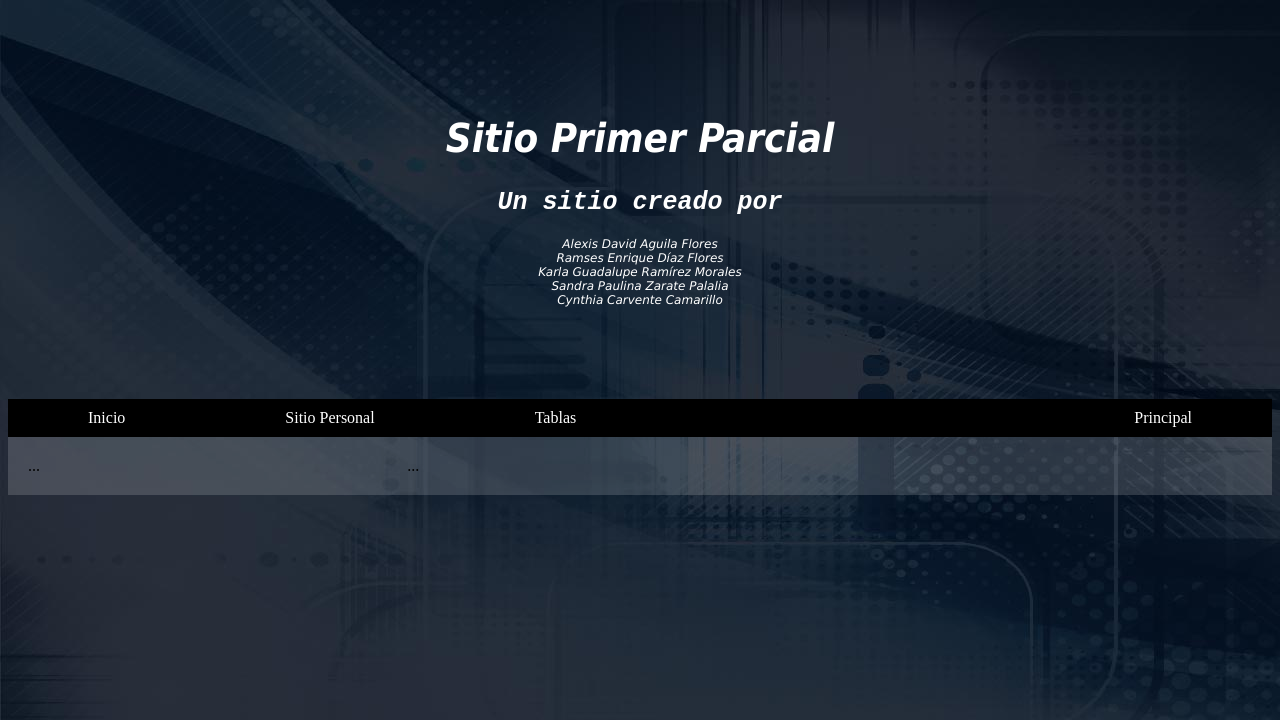
Repository: Dogueen/miniProyectoUniversidad
Page: miniProyecto/pages/personal.html
These files come from the project's save history. The page is drawn as it stood at one moment and after the next save; the edit follows.
The browser window is 1280 px wide. The pictures show the whole page.

Above is the page before, as saved 2023-10-27 19:34:42.

### miniProyecto/pages/personal.html
<!DOCTYPE html>
<html lang="es">

<head>
    <title>Ejemplo de un Website</title>
    <meta charset="UTF-8">
    <meta name="viewport" content="width=device-width, initial-scale=1">
    <link rel="stylesheet" type="text/css" href="../styles/personal.css" />

    <style>
    </style>
</head>

<body>

    <div class="header">
        <h1>Sitio Primer Parcial</h1>
        <h2> Un sitio creado por</h2>
        <dl>
            <dt>Alexis David Aguila Flores</dt>
            <dt>Ramses Enrique Díaz Flores</dt>
            <dt>Karla Guadalupe Ramírez Morales</dt>
            <dt>Sandra Paulina Zarate Palalia</dt>
            <dt>Cynthia Carvente Camarillo</dt>
        </dl>
    </div>

    <div class="navbar">
        <a href="inicio.html">Inicio</a>
        <a href="personal.html">Sitio Personal</a>
        <a href="tablas.html">Tablas</a>
        <a href="../principal.html" class="right">Principal</a>
    </div>

    <div class="row">
        <div class="side">...</div>
        <div class="main">...</div>
    </div>

</body>

</html>

### miniProyecto/styles/personal.css
body {
    background-image: url("../images/bg-img.jpg");
}

.header {
    padding: 80px;
    text-align: center;
    color: white;
}

.header h1 {
    font-size: 40px;
    font-style: italic;
    font-family: Tahoma;
}

.header h2 {
    font-size: 25px;
    font-style: italic;
    font-family: monospace;
}

.header dl {
    font-size: 12px;
    font-style: italic;
    font-family: Verdana, Geneva, Tahoma, sans-serif;
}

.navbar {
    overflow: hidden;
    background-color: #000000;
}

.navbar a {
    float: left;
    display: block;
    color: white;
    text-align: center;
    padding: 10px 80px;
    text-decoration: none;
}

.navbar a:hover {
    background-color: #ddd;
    color: black;
}

.navbar a.right {
    float: right;
}

* {
    box-sizing: border-box;
}

.row {
    display: flex;
    flex-wrap: wrap;
}

.side {
    flex: 30%;
    background-color: #f1f1f12a;
    padding: 20px;
}

.main {
    flex: 70%;
    background-color: #f1f1f12a;
    padding: 20px;
}

@media screen and (max-width: 700px) {
    .row {
        flex-direction: column;
    }
}

@media screen and (max-width: 400px) {
    .navbar a {
        float: none;
        width: 100%;
    }
}

After the next save:
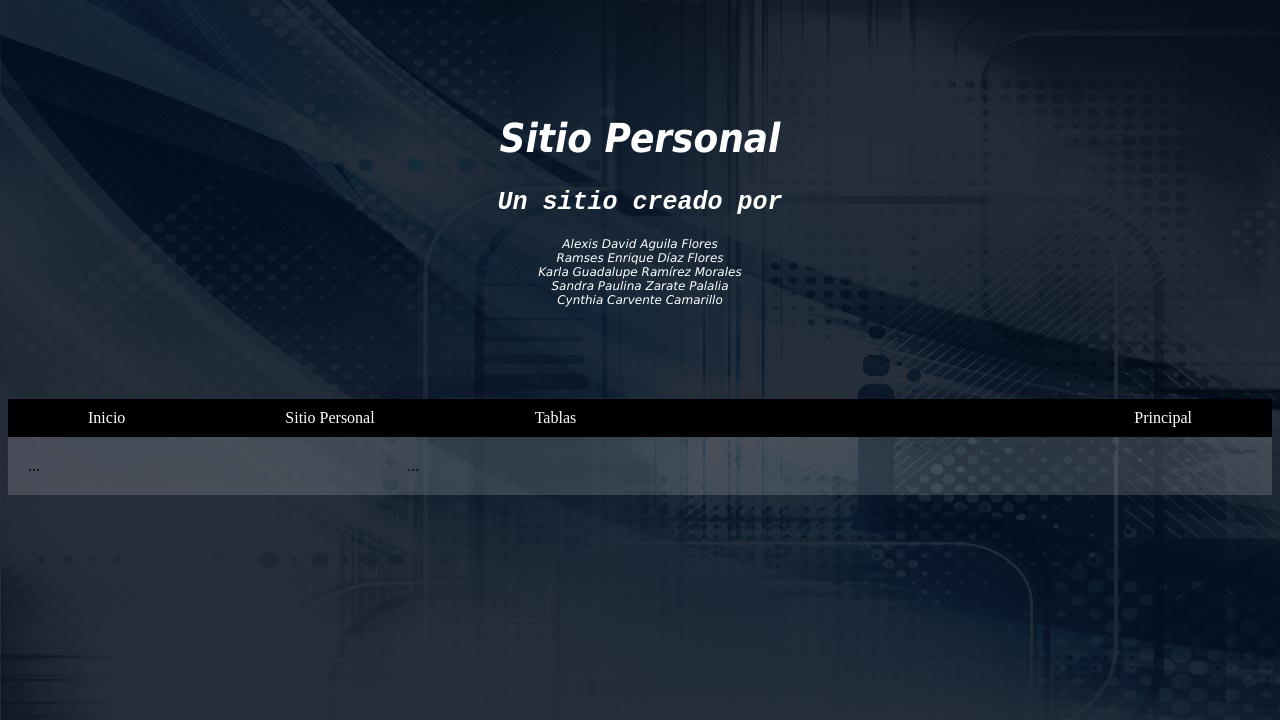
Saved 34 s later.
--- a/miniProyecto/pages/personal.html
+++ b/miniProyecto/pages/personal.html
@@ -14,7 +14,7 @@
 <body>
 
     <div class="header">
-        <h1>Sitio Primer Parcial</h1>
+        <h1>Sitio Personal</h1>
         <h2> Un sitio creado por</h2>
         <dl>
             <dt>Alexis David Aguila Flores</dt>
